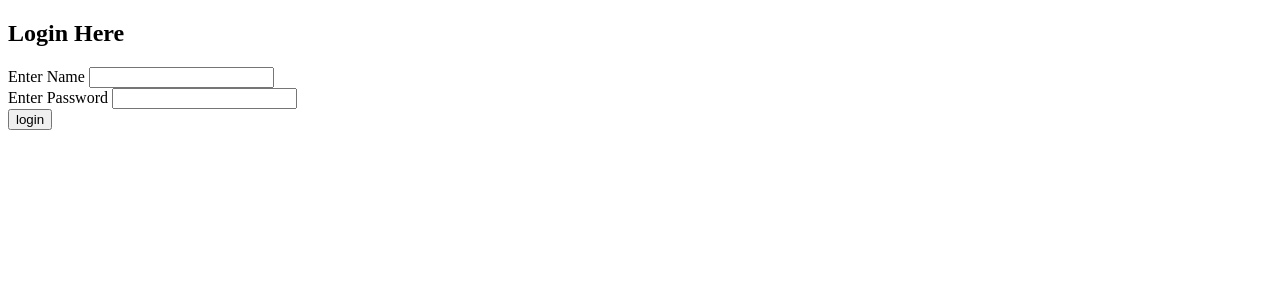
Repository: Mehakbatra496/Eclipse-Workspace
Page: A1_PracticeWebApp/src/main/webapp/index.html
These files come from the project's save history. The page is drawn as it stood at one moment and after the next save; the edit follows.
The browser window is 1280 px wide. The pictures show the whole page.

Above is the page before, as saved 2024-04-21 13:26:07.

After the next save:
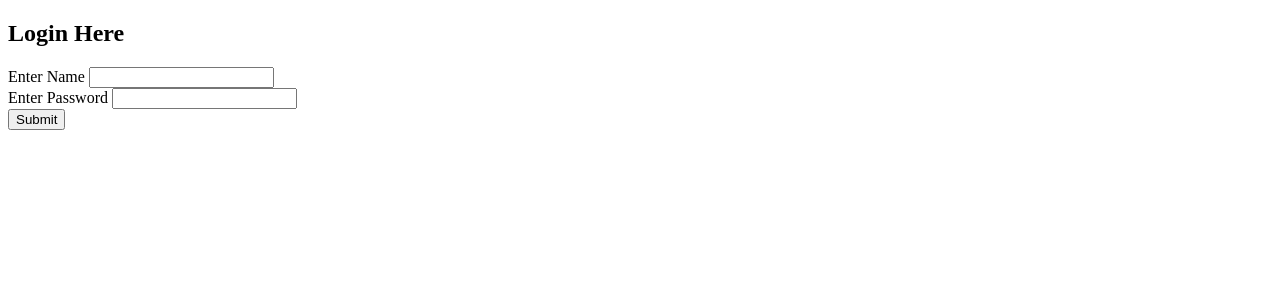
Saved 6 min 22 s later.
--- a/A1_PracticeWebApp/src/main/webapp/index.html
+++ b/A1_PracticeWebApp/src/main/webapp/index.html
@@ -21,8 +21,7 @@
 
 	<br>
 
-	<input type="submit" value="login"/>
-
+<button>Submit</button>
 
 	</form>
 
